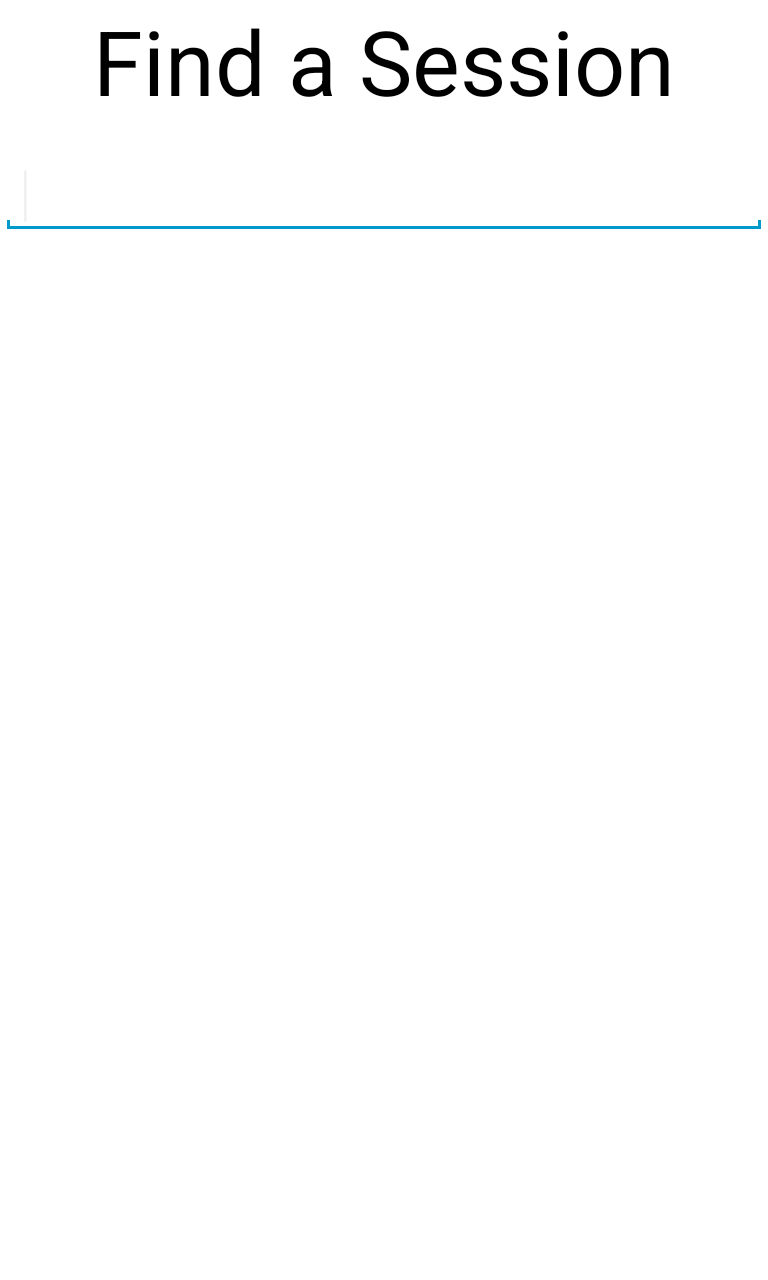
Repository: vnataraj/groupnote
Layout: GroupNote/res/layout/find_session.xml
An editor plug-in stored every save of this project. The layout is shown before and after the next save, followed by the edit.
It is drawn on a 768 x 1280 px phone screen (xhdpi) without system bars, with theme AppTheme; the app's code is not run.

Above is the layout before, as saved 2013-03-19 20:17:28.

### GroupNote/res/layout/find_session.xml
<RelativeLayout xmlns:android="http://schemas.android.com/apk/res/android"
    xmlns:tools="http://schemas.android.com/tools"
    android:layout_width="match_parent"
    android:layout_height="match_parent"
    tools:context=".MainActivity" >

    <TextView
        android:id="@+id/textView1"
        android:layout_width="match_parent"
        android:layout_height="wrap_content"
        android:layout_alignParentLeft="true"
        android:layout_alignParentTop="true"
        android:gravity="center_horizontal"
        android:text="Find a Session"
        android:textAppearance="?android:attr/textAppearanceLarge"
        android:textSize="45sp" />

    <EditText
        android:id="@+id/editText1"
        android:layout_width="match_parent"
        android:layout_height="wrap_content"
        android:layout_alignParentLeft="true"
        android:layout_below="@+id/textView1"
        android:layout_marginTop="18dp"
        android:ems="10"
        android:inputType="textShortMessage" >

        <requestFocus />
    </EditText>

</RelativeLayout>

Loaded but not shown: GroupNote/res/values/styles.xml (common file); GroupNote/res/values-v11/styles.xml (common file); GroupNote/res/values-v14/styles.xml (common file)

After the next save:
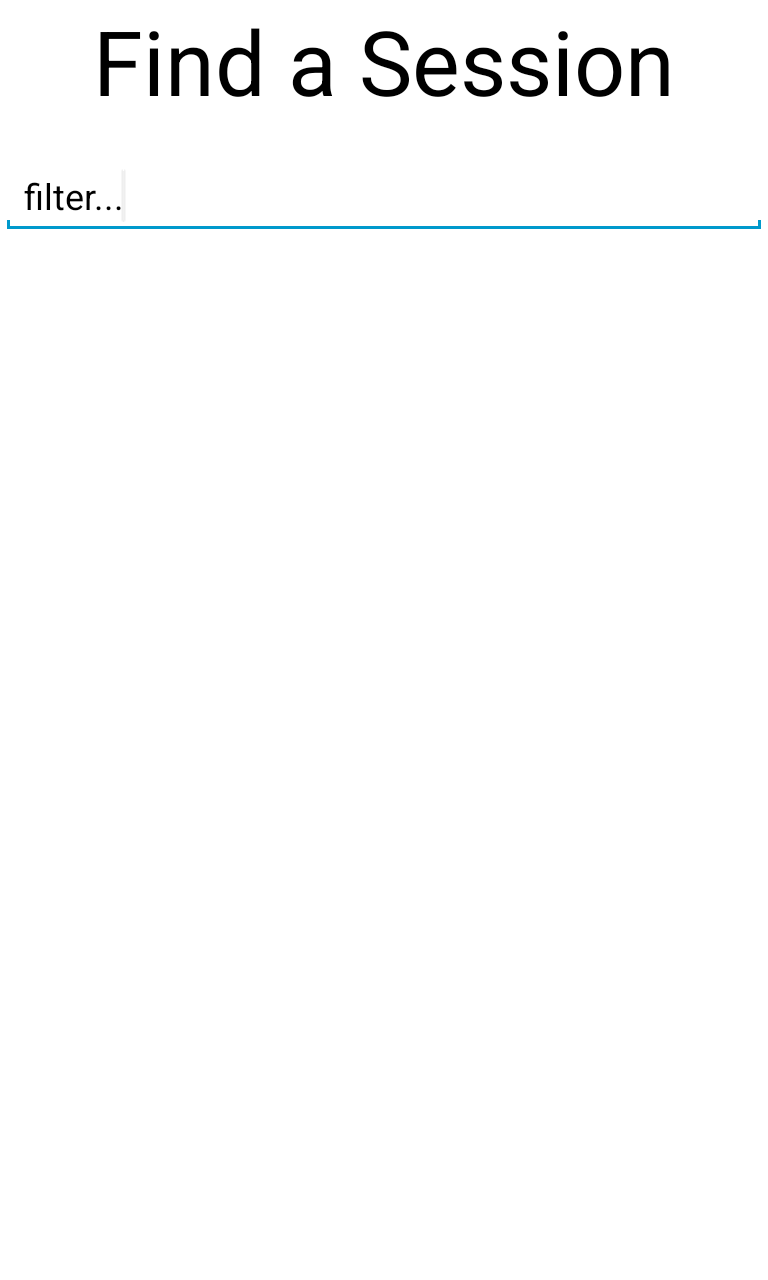
Saved 5 min 30 s later.
--- a/GroupNote/res/layout/find_session.xml
+++ b/GroupNote/res/layout/find_session.xml
@@ -23,6 +23,7 @@
         android:layout_below="@+id/textView1"
         android:layout_marginTop="18dp"
         android:ems="10"
+        android:text="filter..."
         android:inputType="textShortMessage" >
 
         <requestFocus />
